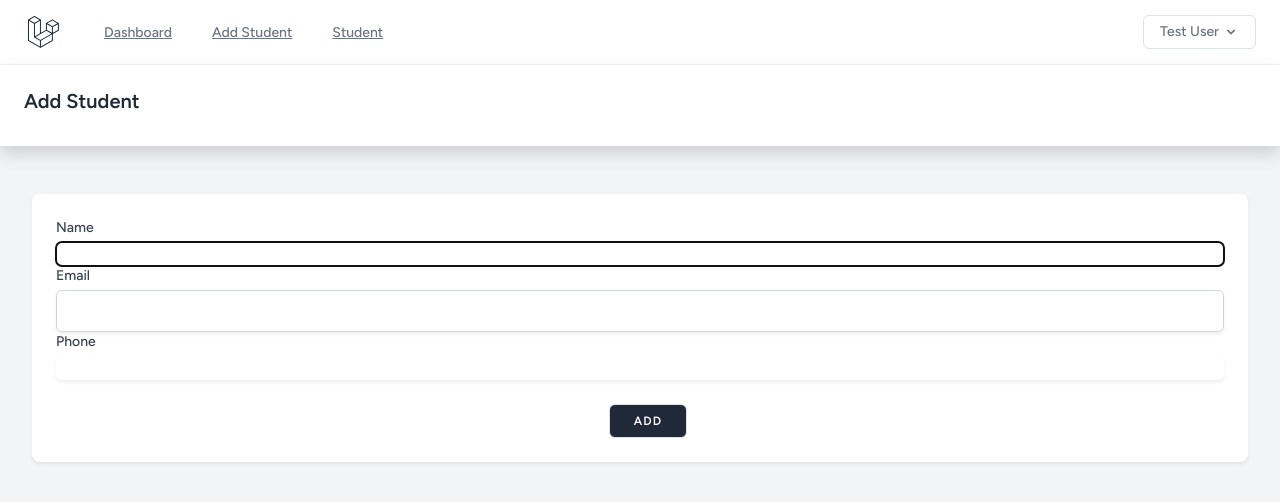
Repository: rkrukshan/CRUD-with-Laravel-V.10-Breeze
Page: http://localhost/add-student
The author's editor kept a copy of each file at every save. The page is drawn from the files as they stood at one save, then again after the next save.
The browser window is 1280 px wide. The pictures show the whole page.
The page is served by the project's Laravel application, run on PHP 8.4 with Laravel 10. A made-up administrator, Test User (test@example.com), is signed in. Other server files are loaded and not shown. Style sheets and scripts are compiled from the project's sources, by tool versions that may differ from the author's. Queries for data that is not in the repository find no rows.

Above is the page before, as saved 2023-11-15 11:28:43.

### app/Providers/AppServiceProvider.php
<?php

namespace App\Providers;

use Illuminate\Support\Facades\Schema;
use Illuminate\Support\ServiceProvider;

class AppServiceProvider extends ServiceProvider
{
    /**
     * Register any application services.
     */
    public function register(): void
    {
        //
    }

    /**
     * Bootstrap any application services.
     */
    public function boot(): void
    {
        Schema::defaultStringLength('191');
    }
}

### routes/web.php
<?php

use App\Http\Controllers\ProfileController;
use App\Http\Controllers\StudentController;
use Illuminate\Support\Facades\Route;

/*
|--------------------------------------------------------------------------
| Web Routes
|--------------------------------------------------------------------------
|
| Here is where you can register web routes for your application. These
| routes are loaded by the RouteServiceProvider and all of them will
| be assigned to the "web" middleware group. Make something great!
|
*/

Route::get('/', function () {
    return view('welcome');
});

Route::get('/dashboard', function () {
    return view('dashboard');
})->middleware(['auth', 'verified'])->name('dashboard');

Route::middleware('auth')->group(function () {
    Route::get('/profile', [ProfileController::class, 'edit'])->name('profile.edit');
    Route::patch('/profile', [ProfileController::class, 'update'])->name('profile.update');
    Route::delete('/profile', [ProfileController::class, 'destroy'])->name('profile.destroy');
});

require __DIR__.'/auth.php';


Route::controller(StudentController::class)->group(function () {
    Route::get('/add-student', 'create');
    Route::post('/add-student', 'store');
    Route::get('/students', 'index');
});

### app/Http/Controllers/StudentController.php
<?php

namespace App\Http\Controllers;

use App\Models\Student;
use Illuminate\Http\Request;
use App\Http\Requests\StudentFormRequest;

class StudentController extends Controller
{
    /**
     * Display a listing of the resource.
     */
    public function index()
    {
        $records = Student::all();
        return view('student.index',compact('records'));
    }

    /**
     * Show the form for creating a new resource.
     */
    public function create()
    {
        $records = Student::all();
        return view('student.create',compact('records'));
    }

    /**
     * Store a newly created resource in storage.
     */
    public function store(StudentFormRequest $request)
    {
        $data=$request->validated();
        $student=Student::create($data);
        return redirect('/add-student')->with('message','Saved Successfully');
    }

    /**
     * Display the specified resource.
     */
    public function show(string $id)
    {
        //
    }

    /**
     * Show the form for editing the specified resource.
     */
    public function edit(string $id)
    {
        //
    }

    /**
     * Update the specified resource in storage.
     */
    public function update(Request $request, string $id)
    {
        //
    }

    /**
     * Remove the specified resource from storage.
     */
    public function destroy(string $id)
    {
        //
    }
}

### app/Models/Student.php
<?php

namespace App\Models;

use Illuminate\Database\Eloquent\Factories\HasFactory;
use Illuminate\Database\Eloquent\Model;

class Student extends Model
{
    use HasFactory;


    protected $fillable=['name','email','phone'];
}

### resources/views/student/create.blade.php
<x-app-layout>
    <x-slot name="header">
        <h2 class="font-semibold text-xl text-gray-800 dark:text-gray-200 leading-tight">
            {{ __('Add Student') }}
        </h2>
    </x-slot>

    <div class="py-12">
    <center>
        <x-success-status class="mb-4" :status="session('message')" />
        {{--  <x-validation-errors class="mb-4" :errors="$errors" />  --}}
    </center>
        <div class="max-w-7xl mx-auto sm:px-6 lg:px-8">
            <div class="bg-white dark:bg-gray-800 overflow-hidden shadow-sm sm:rounded-lg">
                <div class="p-6 text-gray-900 dark:text-gray-100">
                    <form action="{{ url('add-student') }}" method="POST">
                        @csrf
                        <div>
                            <x-input-label for="name" :value="__('Name')" />
                            <x-text-input id="name" class="block mt-1 w-full" type="name" name="name"
                                :value="old('name')" autofocus autocomplete="username" />
                            <x-input-error :messages="$errors->get('name')" class="mt-2" />
                        </div>


                        <div>
                            <x-input-label for="email" :value="__('Email')" />
                            <x-text-input id="email" class="block mt-1 w-full" type="email" name="email"
                                :value="old('email')" autofocus autocomplete="username" />
                            <x-input-error :messages="$errors->get('email')" class="mt-2" />
                        </div>


                        <div>
                            <x-input-label for="phone" :value="__('Phone')" />
                            <x-text-input id="phone" class="block mt-1 w-full" type="phone" name="phone"
                                :value="old('phone')" autofocus autocomplete="username" />
                            <x-input-error :messages="$errors->get('phone')" class="mt-2" />
                        </div>
                        <br>

                        <div>
                            <center>
                                <x-primary-button class="ms-3">
                                    {{ __('Add') }}
                                </x-primary-button>
                            </center>
                        </div>

                    </form>
                </div>
            </div>
        </div>
    </div>
    @include('student.index')
</x-app-layout>

### resources/views/student/index.blade.php
<link href="https://cdn.jsdelivr.net/npm/bootstrap@5.3.2/dist/css/bootstrap.min.css" rel="stylesheet" integrity="sha384-T3c6CoIi6uLrA9TneNEoa7RxnatzjcDSCmG1MXxSR1GAsXEV/Dwwykc2MPK8M2HN" crossorigin="anonymous">

<center>
    <table class="hover:table-fixed">
        <tr>
            <th class="text-white">ID</th>
            <th class="text-white">Name</th>
            <th class="text-white">Email</th>
            <th class="text-white">Phone</th>
            <th class="text-white">Action</th>
        </tr>
        <tbody>
              @forelse ($records as $record)
              <tr>
                <td class="text-white">{{ $record->id }}</td>
                 <td class="text-white">{{ $record->name }}</td>
                 <td class="text-white">{{ $record->email }}</td>
                 <td class="text-white">{{ $record->phone }}</td>
                 <td class="text-white"><button class="bg-blue-500 hover:bg-blue-700 text-white font-bold py-2 px-4 rounded">Edit</button></td>
                 <td class="text-white"><button class="bg-red-500 hover:bg-blue-700 text-white font-bold py-2 px-4 rounded">Delete</button></td>
             </tr>
              @empty
             <th colspan="5" class="text-white">No data found</th>
              @endforelse

        </tbody>
    </table>
</center>

### resources/views/layouts/navigation.blade.php
<nav x-data="{ open: false }" class="bg-white dark:bg-gray-800 border-b border-gray-100 dark:border-gray-700">
    <!-- Primary Navigation Menu -->
    <div class="max-w-7xl mx-auto px-4 sm:px-6 lg:px-8">
        <div class="flex justify-between h-16">
            <div class="flex">
                <!-- Logo -->
                <div class="shrink-0 flex items-center">
                    <a href="{{ route('dashboard') }}">
                        <x-application-logo class="block h-9 w-auto fill-current text-gray-800 dark:text-gray-200" />
                    </a>
                </div>

                <!-- Navigation Links -->
                <div class="hidden space-x-8 sm:-my-px sm:ms-10 sm:flex">
                    <x-nav-link :href="route('dashboard')" :active="request()->routeIs('dashboard')">
                        {{ __('Dashboard') }}
                    </x-nav-link>


                    <x-nav-link :href="url('add-student')" :active="request()->routeIs('dashboard')">
                        {{ __('Add Student') }}
                    </x-nav-link>


                    <x-nav-link :href="url('students')" :active="request()->routeIs('dashboard')">
                        {{ __('Student') }}
                    </x-nav-link>


                    {{--  <x-nav-link :href="route('dashboard')" :active="request()->routeIs('dashboard')">
                        {{ __('Dashboard') }}
                    </x-nav-link>  --}}
                </div>
            </div>

            <!-- Settings Dropdown -->
            <div class="hidden sm:flex sm:items-center sm:ms-6">
                <x-dropdown align="right" width="48">
                    <x-slot name="trigger">
                        <button class="inline-flex items-center px-3 py-2 border border-transparent text-sm leading-4 font-medium rounded-md text-gray-500 dark:text-gray-400 bg-white dark:bg-gray-800 hover:text-gray-700 dark:hover:text-gray-300 focus:outline-none transition ease-in-out duration-150">
                            <div>{{ Auth::user()->name }}</div>

                            <div class="ms-1">
                                <svg class="fill-current h-4 w-4" xmlns="http://www.w3.org/2000/svg" viewBox="0 0 20 20">
                                    <path fill-rule="evenodd" d="M5.293 7.293a1 1 0 011.414 0L10 10.586l3.293-3.293a1 1 0 111.414 1.414l-4 4a1 1 0 01-1.414 0l-4-4a1 1 0 010-1.414z" clip-rule="evenodd" />
                                </svg>
                            </div>
                        </button>
                    </x-slot>

                    <x-slot name="content">
                        <x-dropdown-link :href="route('profile.edit')">
                            {{ __('Profile') }}
                        </x-dropdown-link>

                        <!-- Authentication -->
                        <form method="POST" action="{{ route('logout') }}">
                            @csrf

                            <x-dropdown-link :href="route('logout')"
                                    onclick="event.preventDefault();
                                                this.closest('form').submit();">
                                {{ __('Log Out') }}
                            </x-dropdown-link>
                        </form>
                    </x-slot>
                </x-dropdown>
            </div>

            <!-- Hamburger -->
            <div class="-me-2 flex items-center sm:hidden">
                <button @click="open = ! open" class="inline-flex items-center justify-center p-2 rounded-md text-gray-400 dark:text-gray-500 hover:text-gray-500 dark:hover:text-gray-400 hover:bg-gray-100 dark:hover:bg-gray-900 focus:outline-none focus:bg-gray-100 dark:focus:bg-gray-900 focus:text-gray-500 dark:focus:text-gray-400 transition duration-150 ease-in-out">
                    <svg class="h-6 w-6" stroke="currentColor" fill="none" viewBox="0 0 24 24">
                        <path :class="{'hidden': open, 'inline-flex': ! open }" class="inline-flex" stroke-linecap="round" stroke-linejoin="round" stroke-width="2" d="M4 6h16M4 12h16M4 18h16" />
                        <path :class="{'hidden': ! open, 'inline-flex': open }" class="hidden" stroke-linecap="round" stroke-linejoin="round" stroke-width="2" d="M6 18L18 6M6 6l12 12" />
                    </svg>
                </button>
            </div>
        </div>
    </div>

    <!-- Responsive Navigation Menu -->
    <div :class="{'block': open, 'hidden': ! open}" class="hidden sm:hidden">
        <div class="pt-2 pb-3 space-y-1">
            <x-responsive-nav-link :href="route('dashboard')" :active="request()->routeIs('dashboard')">
                {{ __('Dashboard') }}
            </x-responsive-nav-link>
        </div>

        <!-- Responsive Settings Options -->
        <div class="pt-4 pb-1 border-t border-gray-200 dark:border-gray-600">
            <div class="px-4">
                <div class="font-medium text-base text-gray-800 dark:text-gray-200">{{ Auth::user()->name }}</div>
                <div class="font-medium text-sm text-gray-500">{{ Auth::user()->email }}</div>
            </div>

            <div class="mt-3 space-y-1">
                <x-responsive-nav-link :href="route('profile.edit')">
                    {{ __('Profile') }}
                </x-responsive-nav-link>

                <!-- Authentication -->
                <form method="POST" action="{{ route('logout') }}">
                    @csrf

                    <x-responsive-nav-link :href="route('logout')"
                            onclick="event.preventDefault();
                                        this.closest('form').submit();">
                        {{ __('Log Out') }}
                    </x-responsive-nav-link>
                </form>
            </div>
        </div>
    </div>
</nav>

Loaded but not shown: routes/auth.php (common file); app/Http/Controllers/Auth/EmailVerificationPromptController.php (common file); app/Http/Controllers/Controller.php (common file); app/Http/Controllers/Auth/VerifyEmailController.php (common file); app/Models/User.php (common file); app/View/Components/AppLayout.php (common file); resources/views/components/success-status.blade.php (common file); resources/views/components/input-label.blade.php (common file); resources/views/components/text-input.blade.php (common file); resources/views/components/input-error.blade.php (common file); resources/views/components/primary-button.blade.php (common file); resources/views/layouts/app.blade.php (common file); resources/views/components/application-logo.blade.php (common file); resources/views/components/nav-link.blade.php (common file); resources/views/components/dropdown-link.blade.php (common file); resources/views/components/dropdown.blade.php (common file); resources/views/components/responsive-nav-link.blade.php (common file); resources/css/app.css (common file); tailwind.config.js (common file); resources/js/app.js (common file); resources/js/bootstrap.js (common file)

After the next save:
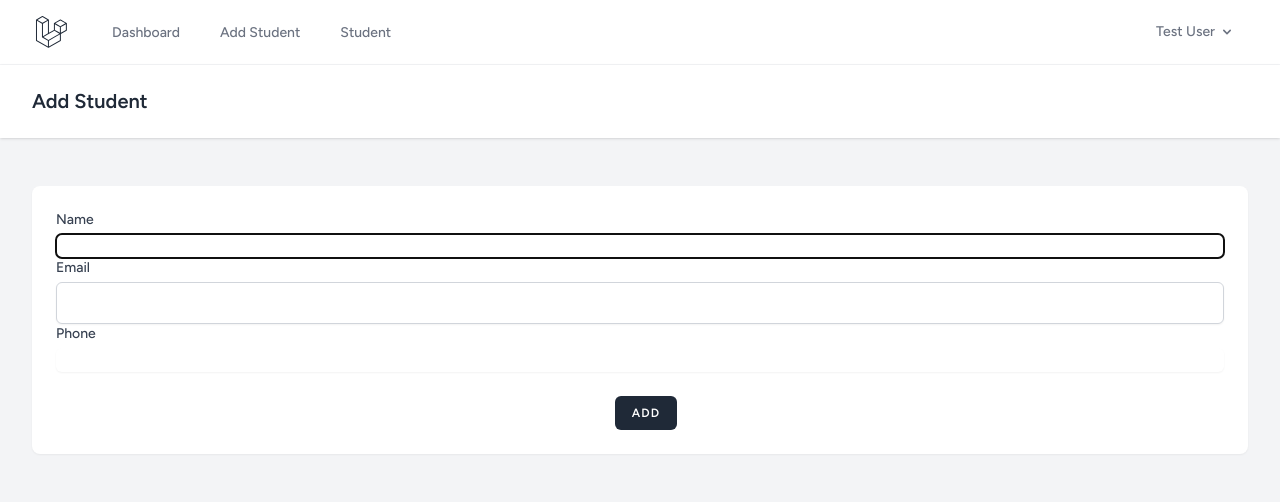
Saved 21 s later.
--- a/resources/views/student/index.blade.php
+++ b/resources/views/student/index.blade.php
@@ -1,4 +1,3 @@
-<link href="https://cdn.jsdelivr.net/npm/bootstrap@5.3.2/dist/css/bootstrap.min.css" rel="stylesheet" integrity="sha384-T3c6CoIi6uLrA9TneNEoa7RxnatzjcDSCmG1MXxSR1GAsXEV/Dwwykc2MPK8M2HN" crossorigin="anonymous">
 
 <center>
     <table class="hover:table-fixed">
